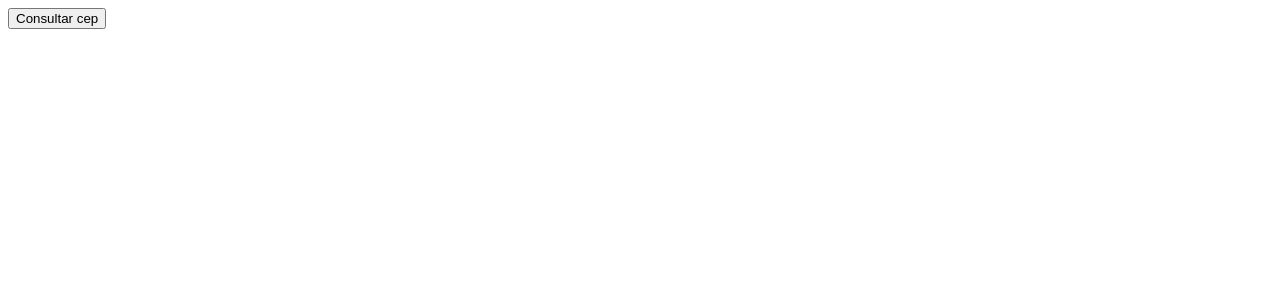
Repository: DaniloBaracho/jquery
Page: index.html
These files come from the project's save history. The page is drawn as it stood at one moment and after the next save; the edit follows.
The browser window is 1280 px wide. The pictures show the whole page.

Above is the page before, as saved 2020-06-18 18:12:04.

### index.html
<!DOCTYPE html>
<html lang="pt-br">
    <head>
        <meta charset="utf-8"/>
        <title>
            Página AJAX
        </title>
        <script type="text/javascript" src="js/jquery-3.5.1.min.js"></script>
        <script type="text/javascript" src="js/main.js"></script>
    </head>
    <body>
        <button type="button" onclick="ConsultaCep()">Consultar cep</button>
    </body>
</html>

### js/main.js
//alert("funcionou");
function ConsultaCep(){
    $.ajax({
        url:"https://viacep.com.br/ws/57046130/json/",
        type: "GET",
        success: function(response){
            console.log(response);
            alert(response.logradouro)
        }
    })
}

Loaded but not shown: js/jquery-3.5.1.min.js (library)

After the next save:
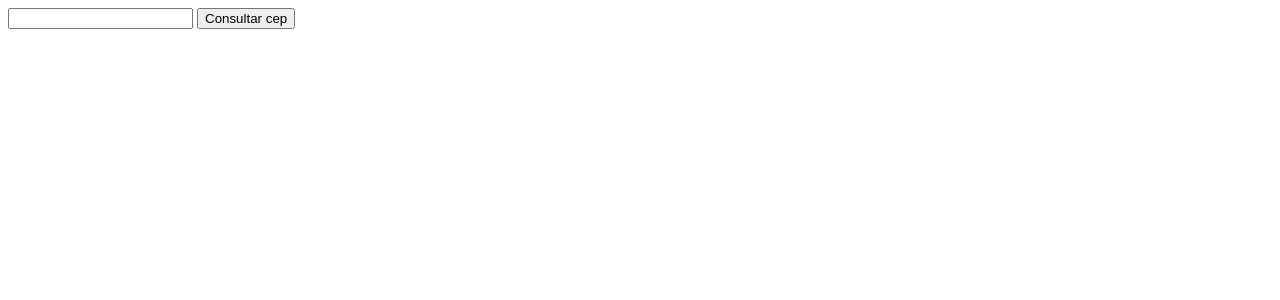
Saved 2 min 26 s later.
--- a/index.html
+++ b/index.html
@@ -9,6 +9,7 @@
         <script type="text/javascript" src="js/main.js"></script>
     </head>
     <body>
+        <input id="cep">
         <button type="button" onclick="ConsultaCep()">Consultar cep</button>
     </body>
 </html>
--- a/js/main.js
+++ b/js/main.js
@@ -1,7 +1,8 @@
 //alert("funcionou");
 function ConsultaCep(){
+    var cep= document.getElementById("cep").value
     $.ajax({
-        url:"https://viacep.com.br/ws/57046130/json/",
+        url:"https://viacep.com.br/ws/"+cep+"/json/",
         type: "GET",
         success: function(response){
             console.log(response);
